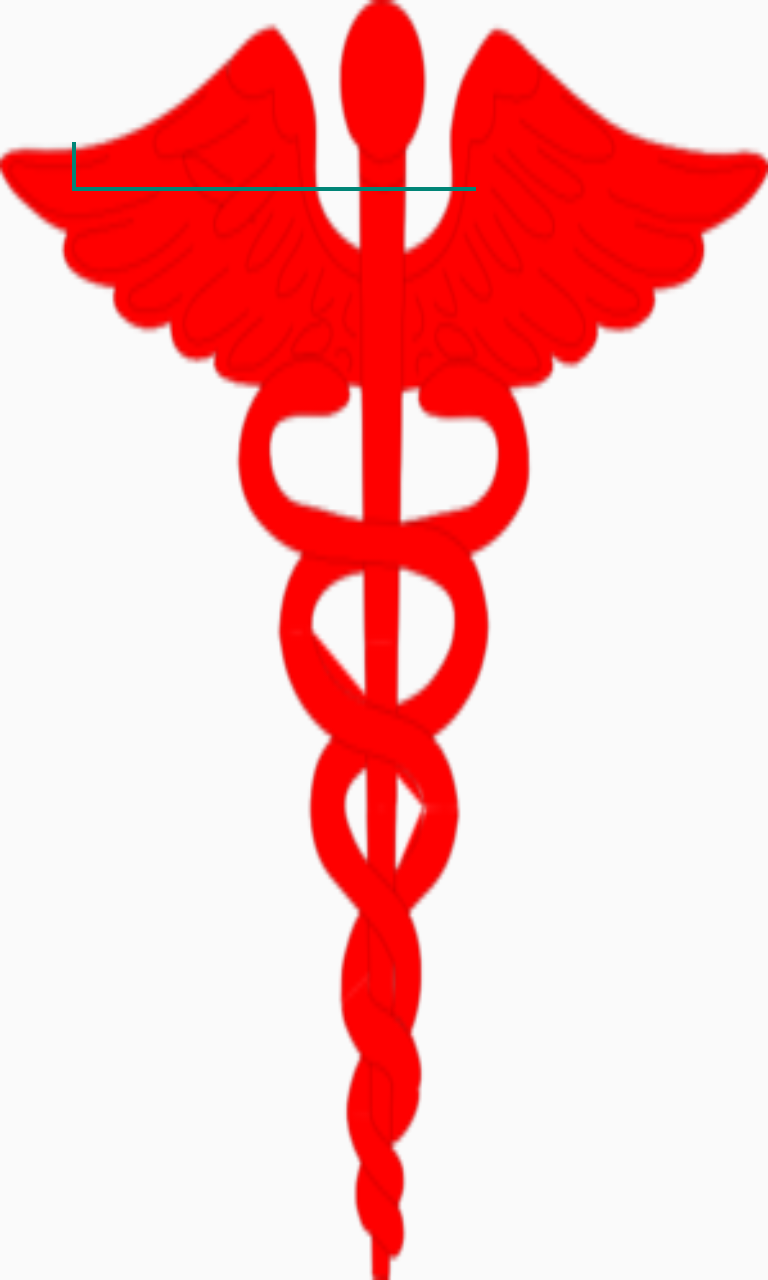
Repository: nave29/sem_1
Layout: VERSION_0.0/sem1_gica/res/layout/activity_appointmentfillupform.xml
The author's editor kept a copy of each file at every save. The layout is drawn from the files as they stood at one save, then again after the next save.
It is drawn on a 768 x 1280 px phone screen (xhdpi) without system bars, with theme AppTheme; the app's code is not run.

Above is the layout before, as saved 2014-09-08 10:51:28.

After the next save:
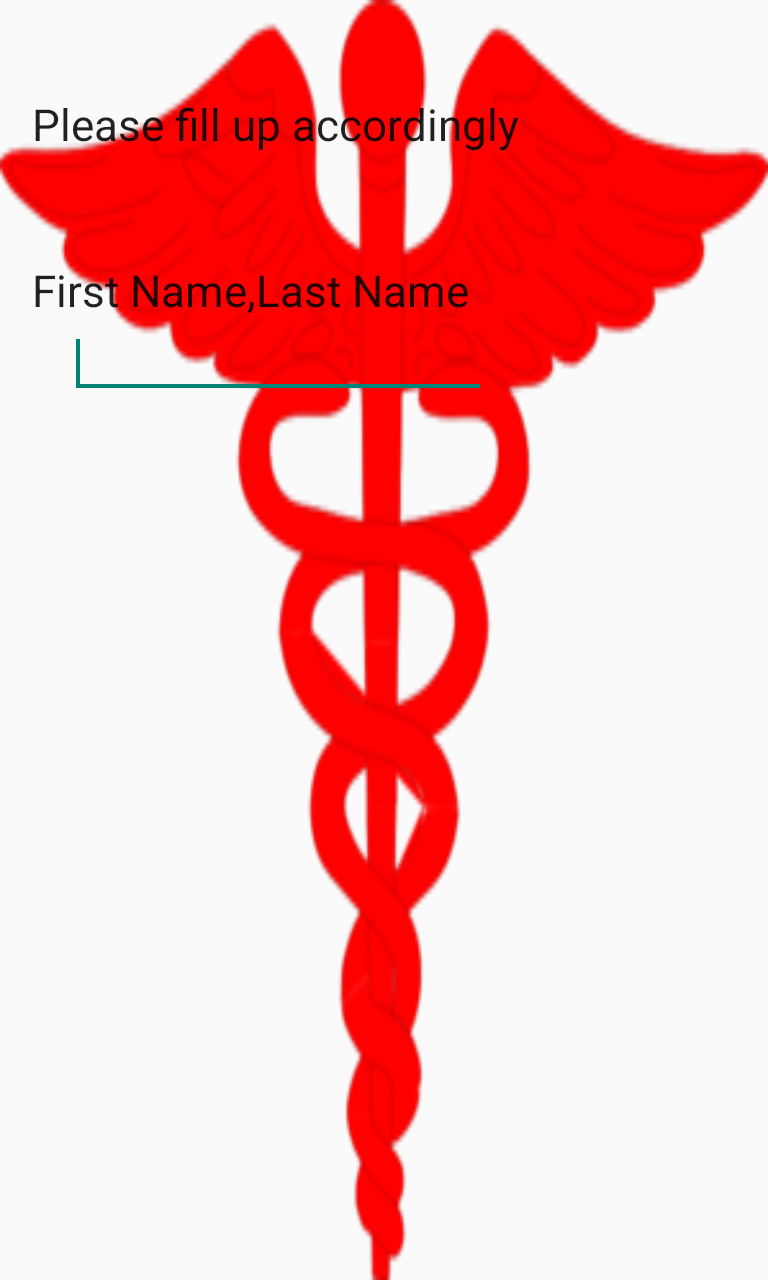
Saved 3 min 58 s later.
--- a/VERSION_0.0/sem1_gica/res/layout/activity_appointmentfillupform.xml
+++ b/VERSION_0.0/sem1_gica/res/layout/activity_appointmentfillupform.xml
@@ -2,23 +2,44 @@
     xmlns:tools="http://schemas.android.com/tools"
     android:layout_width="match_parent"
     android:layout_height="match_parent"
+    android:background="@drawable/doc"
     android:paddingBottom="@dimen/activity_vertical_margin"
     android:paddingLeft="@dimen/activity_horizontal_margin"
     android:paddingRight="@dimen/activity_horizontal_margin"
     android:paddingTop="@dimen/activity_vertical_margin"
-    android:background="@drawable/doc"
     tools:context="com.example.sem1_gica.Appointmentfillupform" >
 
     <EditText
         android:id="@+id/editText1"
         android:layout_width="wrap_content"
         android:layout_height="wrap_content"
-        android:layout_marginLeft="16dp"
-        android:layout_marginTop="45dp"
+        android:layout_alignParentLeft="true"
+        android:layout_below="@+id/textView1"
+        android:layout_marginLeft="18dp"
         android:ems="10"
         android:inputType="textPersonName" >
 
         <requestFocus />
     </EditText>
 
+    <TextView
+        android:id="@+id/textView1"
+        android:layout_width="wrap_content"
+        android:layout_height="wrap_content"
+        android:layout_alignParentLeft="true"
+        android:layout_alignParentTop="true"
+        android:layout_marginTop="114dp"
+        android:text="First Name,Last Name"
+        android:textAppearance="?android:attr/textAppearanceLarge" />
+
+    <TextView
+        android:id="@+id/textView2"
+        android:layout_width="wrap_content"
+        android:layout_height="wrap_content"
+        android:layout_alignLeft="@+id/textView1"
+        android:layout_alignParentTop="true"
+        android:layout_marginTop="31dp"
+        android:text="Please fill up accordingly"
+        android:textAppearance="?android:attr/textAppearanceLarge" />
+
 </RelativeLayout>
